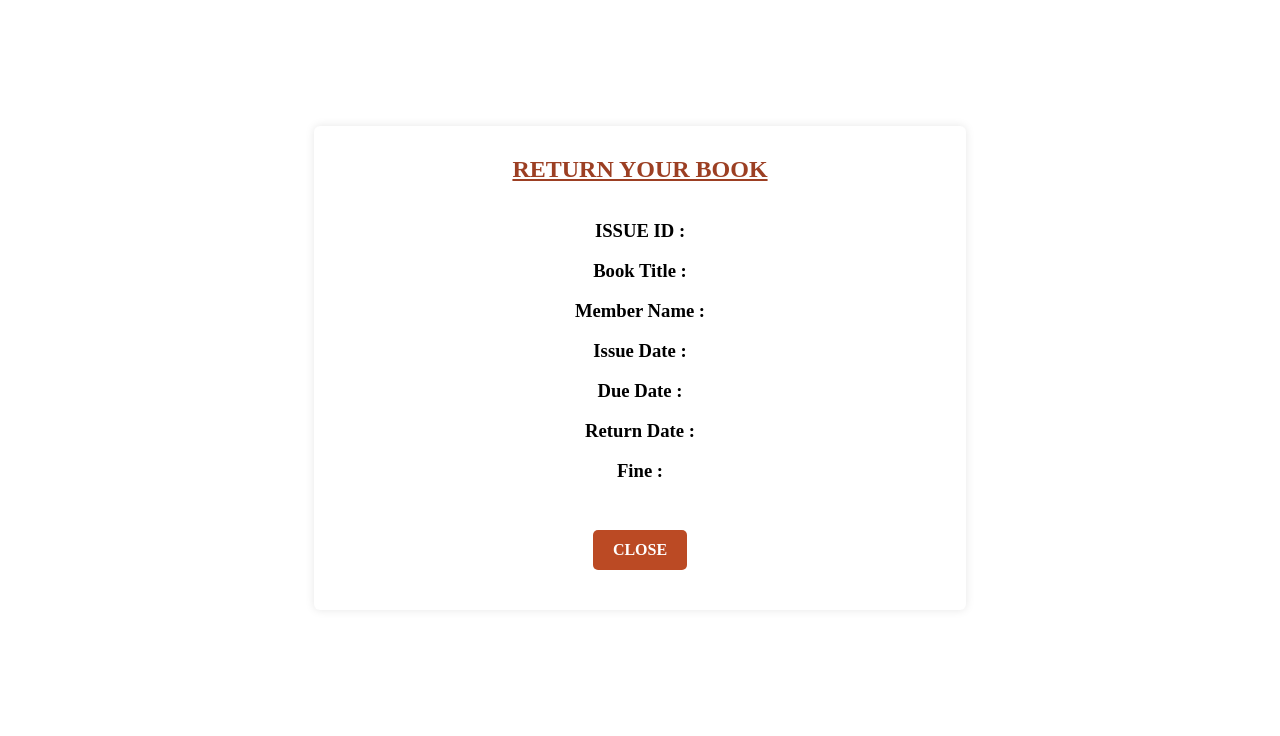
Repository: devikrishna908/RURAL-LIBRARY-MANAGEMENT
Page: http://localhost/library-management/WEB-INF/jsp/return-action.jsp
The author's editor kept a copy of each file at every save. The page is drawn from the files as they stood at one save, then again after the next save.
The browser window is 1280 px wide. The pictures show the whole page.
The page is served by Tomcat 9. Nobody is signed in. Other server files are loaded and not shown. The template is opened directly, without the code that normally fills it, so the values that code supplies are empty.

Above is the page before, as saved 2024-05-27 13:23:43.

### library-management/src/main/webapp/WEB-INF/jsp/return-action.jsp
<%@ page language="java" contentType="text/html; charset=ISO-8859-1"
    pageEncoding="ISO-8859-1"%>
<%@ taglib prefix="form" uri="http://www.springframework.org/tags/form"%>
<%@ taglib prefix="c" uri="http://java.sun.com/jsp/jstl/core"%>

<!DOCTYPE html>
<html>
<head>
<meta charset="ISO-8859-1">
<title>Insert title here</title>
<link rel="stylesheet" href="css/success-style.css">
</head>
<body>
 <div class="container">
	<form action="/" class="info">
		<h2>RETURN YOUR BOOK</h2><br>
	    <label>ISSUE ID : <c:out value="${issueId}" /></label><br><br>
	    <label>Book Title : <c:out value="${bookTitle}" /></label><br><br>
        <label>Member Name : <c:out value="${memberName}" /></label><br><br>
        <label>Issue Date : <c:out value="${issueDate}" /></label><br><br>
        <label>Due Date : <c:out value="${dueDate}" /></label><br><br>
        <label>Return Date : <c:out value="${returnDate}" /></label><br><br>
        <label>Fine : <c:out value="${fine}" /></label><br><br>

	   	<input type="button" value="CLOSE" class="close" onclick="cancelAction()"> <br>
	</form>
	</div>

</body>
</html>

### library-management/src/main/resources/static/css/success-style.css

input[type="button"].close {
	background-color: rgb(187, 74, 36); /* Red background for the "CANCEL" button */
	color: white;
	height: 40px;
	padding: 8px 20px;
	font-size: 12pt;
	border: none;
	margin-top: 30px;
	font-family: 'Times New Roman', Times, serif;
	font-weight: bold;
	cursor: pointer;
	margin-bottom: 30px;
	border-radius: 5px;
}
.info {
    width: 50%; /* Adjust the width of the container as needed */
    background-color: rgb(255, 255, 255);
    border-radius: 6px; /* Add rounded corners to the container */
    box-shadow: 0 0 10px rgba(0, 0, 0, 0.1);
    padding: 10px;
    text-align: center;
    }
.container {
        display: flex;
        justify-content: center;
        align-items: center;
        height: 100vh;
    }

label{
	font-family:'Times New Roman', Times, serif ;
	font-size: 14pt;
	font-weight: bold;

}
h1 {
    margin-top: 60px;
    text-align: left;
    color: rgb(201, 64, 61);
}

h2 {
	text-align: center;
    font-family: serif;
    text-decoration: underline;
    color: rgb(156, 63, 35);
}

After the next save:
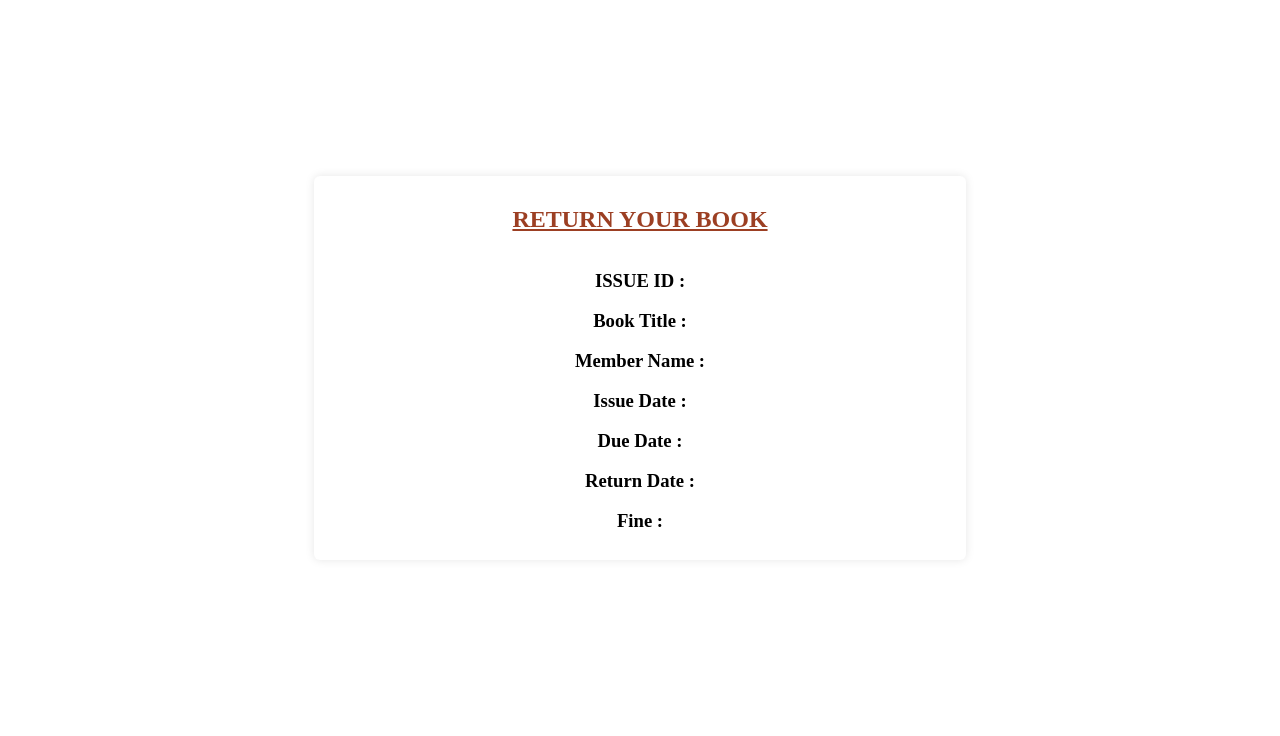
Saved 7 s later.
--- a/library-management/src/main/webapp/WEB-INF/jsp/return-action.jsp
+++ b/library-management/src/main/webapp/WEB-INF/jsp/return-action.jsp
@@ -22,7 +22,6 @@
         <label>Return Date : <c:out value="${returnDate}" /></label><br><br>
         <label>Fine : <c:out value="${fine}" /></label><br><br>
 
-	   	<input type="button" value="CLOSE" class="close" onclick="cancelAction()"> <br>
 	</form>
 	</div>
 
